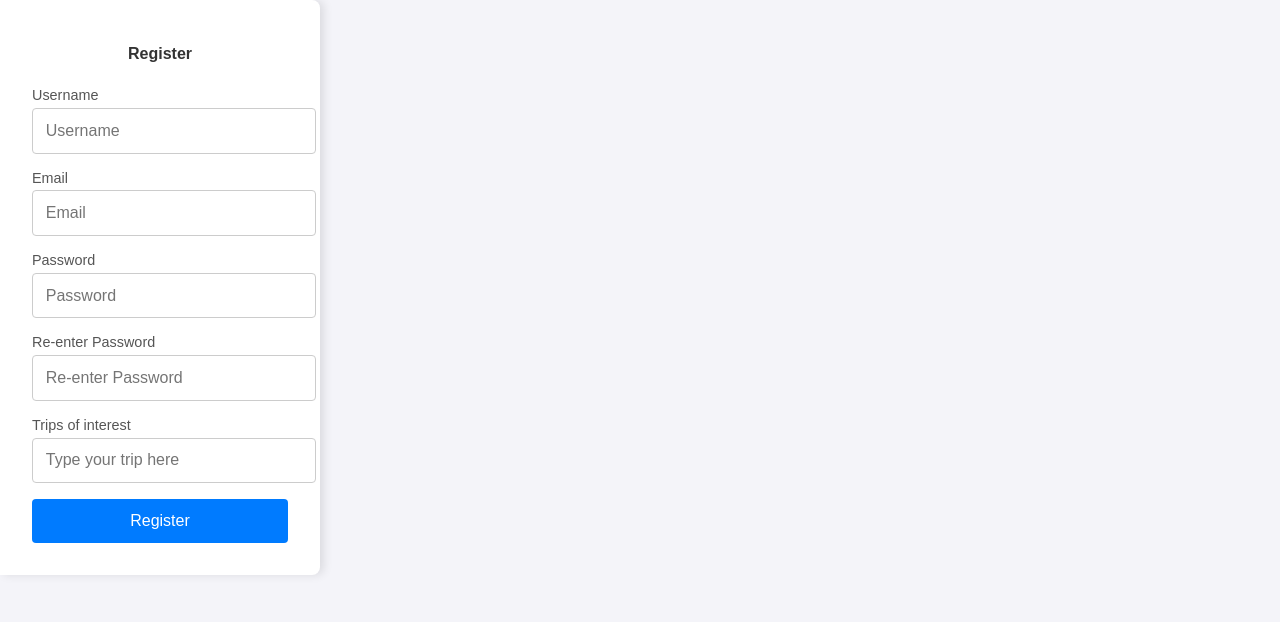
Repository: Nuttawut-Amattong/outtrip
Page: /register (app in OutTrip/)
These files come from the project's save history. The page is drawn as it stood at one moment and after a run of saves; the edit follows.
The browser window is 1280 px wide. The pictures show the whole page.
The project was rebuilt for these pictures with package versions that can differ from the ones it lists, and the page was loaded fresh each time. Also part of the build but not shown: OutTrip/vite.config.js, OutTrip/src/pages/Login.jsx, OutTrip/src/pages/Forgetpass.jsx.

Above is the page before, as saved 2025-05-19 00:51:20.

### OutTrip/src/main.jsx
import { StrictMode } from 'react';
import { createRoot } from 'react-dom/client';
import { BrowserRouter, Routes, Route } from 'react-router-dom';
import Login from './pages/Login.jsx';
import Register from './pages/Register.jsx';
import Forgetpass from './pages/Forgetpass.jsx';

createRoot(document.getElementById('root')).render(
  <StrictMode>
    <BrowserRouter>
      <Routes>
        <Route path="/" element={<Login />} />
        <Route path="/register" element={<Register />} />
        <Route path="/forgot-password" element={<Forgetpass />} />
      </Routes>
    </BrowserRouter>
  </StrictMode>
);

### OutTrip/src/pages/Register.jsx
import React, { useState } from 'react';
import '../CSS/register.css';
const Register = () => {
    const [formData, setFormData] = useState({
        username: '',
        email: '',
        password: '',
        rePassword: '',
        trip: ''
    });

    const [error, setError] = useState('');

    const handleChange = (e) => {
        const { name, value } = e.target;
        setFormData({
            ...formData,
            [name]: value,
        });
        setError('');
    };

    const handleSubmit = (e) => {
        e.preventDefault();

        if (formData.password !== formData.rePassword) {
            setError('Passwords do not match');
            return;
        }

        console.log('Registering user:', formData);

    };

    return (
        <div className="register-container">
            <h2>Register</h2>
            <form onSubmit={handleSubmit}>
                <div>
                    <label htmlFor="username">Username</label>
                    <input
                        type="text"
                        id="username"
                        name="username"
                        value={formData.username}
                        onChange={handleChange}
                        placeholder="Username"
                        required
                    />
                </div>
                <div>
                    <label htmlFor="email">Email</label>
                    <input
                        type="email"
                        id="email"
                        name="email"
                        value={formData.email}
                        onChange={handleChange}
                        placeholder="Email"
                        required
                    />
                </div>
                <div>
                    <label htmlFor="password">Password</label>
                    <input
                        type="password"
                        id="password"
                        name="password"
                        value={formData.password}
                        onChange={handleChange}
                        placeholder="Password"
                        required
                    />
                </div>
                <div>
                    <label htmlFor="rePassword">Re-enter Password</label>
                    <input
                        type="password"
                        id="rePassword"
                        name="rePassword"
                        placeholder="Re-enter Password"
                        value={formData.rePassword}
                        onChange={handleChange}
                        required
                    />
                </div>
                <div>
                    <label htmlFor="trip">Trips of interest</label>
                    <input
                        type="text"
                        id="trip"
                        name="trip"
                        value={formData.trip || ''}
                        onChange={(e) => setFormData({...formData, trip: e.target.value})}
                        placeholder="Type your trip here"
                        required
                    />
                </div>
                {error && <p style={{ color: 'red' }}>{error}</p>}  {/* แสดง error */}
                <button type="submit">Register</button>
            </form>
        </div>
    );
};

export default Register;

### OutTrip/src/CSS/login.css
body {
    font-family: Arial, sans-serif;
    margin: 0;
    padding: 0;
    background-color: #f4f4f9;
    display: block;
}

.login-container {
    background-color: #ffffff;
    padding: 2rem;
    border-radius: 0 8px 8px 0;
    box-shadow: 4px 0 10px rgba(0, 0, 0, 0.1);
    width: 100%;
    max-width: 320px;
    height: 100vh;
    box-sizing: border-box;
    position: fixed;
    left: 0;
    top: 0;
}

.login-container h1 {
    font-size: 1.8rem;
    margin-bottom: 1.5rem;
    color: #333333;
    text-align: center;
}

.login-container form {
    display: flex;
    flex-direction: column;
}

.login-container label {
    font-size: 0.9rem;
    margin-bottom: 0.5rem;
    color: #555555;
}

.login-container input[type="text"],
.login-container input[type="user"],
.login-container input[type="password"] {
    padding: 0.8rem;
    margin-bottom: 1rem;
    border: 1px solid #cccccc;
    border-radius: 4px;
    font-size: 1rem;
}

.login-container input[type="text"]:focus,
.login-container input[type="userl"]:focus,
.login-container input[type="password"]:focus {
    border-color: #007bff;
    outline: none;
}

.login-container button {
    padding: 0.8rem;
    background-color: #007bff;
    color: #ffffff;
    border: none;
    border-radius: 4px;
    font-size: 1rem;
    cursor: pointer;
    transition: background-color 0.3s ease;
}

.login-container button:hover {
    background-color: #0056b3;
}

.login-container .forgot-password {
    margin-top: 1rem;
    text-align: center;
}

.login-container .forgot-password a {
    color: #007bff;
    text-decoration: none;
    font-size: 0.9rem;
}

.login-container .forgot-password a:hover {
    text-decoration: underline;
}

.login-links {
    margin-top: 1rem;
    text-align: center;
    font-size: 0.85rem;
    color: #333333;
    display: flex;
    flex-direction: column;
    gap: 0.5rem;
}

.login-links a {
    color: inherit;
    text-decoration: none;
    cursor: pointer;
}

.login-links a:hover {
    text-decoration: underline;
}

### OutTrip/src/CSS/register.css
/* register.css */
body {
    font-family: Arial, sans-serif;
    margin: 0;
    padding: 0;
    background-color: #f4f4f9;
}

.register-container {
    background-color: #ffffff;
    padding: 2rem;
    border-radius: 0 8px 8px 0;
    box-shadow: 4px 0 10px rgba(0, 0, 0, 0.1);
    width: 100%;
    max-width: 320px;
    box-sizing: border-box;
    position: absolute;
    left: 0;
    top: 0;
}

.register-container h2 {
    font-size: 1rem;
    margin-bottom: 1.5rem;
    color: #333333;
    text-align: center;
}

.register-container form {
    display: flex;
    flex-direction: column;
}

.register-container label {
    font-size: 0.9rem;
    margin-bottom: 0.3rem;
    color: #555555;
    display: block;
}

.register-container input[type="text"],
.register-container input[type="email"],
.register-container input[type="password"] {
    padding: 0.8rem;
    margin-bottom: 1rem;
    border: 1px solid #cccccc;
    border-radius: 4px;
    font-size: 1rem;
    width: 100%;
}

.register-container input:focus {
    border-color: #007bff;
    outline: none;
}

.register-container button {
    padding: 0.8rem;
    background-color: #007bff;
    color: #ffffff;
    border: none;
    border-radius: 4px;
    font-size: 1rem;
    cursor: pointer;
    transition: background-color 0.3s ease;
}

.register-container button:hover {
    background-color: #0056b3;
}

.register-container p {
    font-size: 0.9rem;
    color: red;
    margin-top: -0.5rem;
    margin-bottom: 1rem;
}

### OutTrip/src/CSS/forgetpass.css
body {
    font-family: Arial, sans-serif;
    margin: 0;
    padding: 0;
    background-color: #f4f4f9;
    display: block;
}


.forgetpass-container {
    background-color: #ffffff;
    padding: 2rem;
    border-radius: 0 8px 8px 0;
    box-shadow: 4px 0 10px rgba(0, 0, 0, 0.1);
    width: 100%;
    max-width: 400px;
    height: 100vh;
    box-sizing: border-box;
    position: fixed;
    left: 0;
    top: 0;
}

.forgetpass-title {
    font-size: 1.5rem;
    font-weight: 600;
    color: #333;
    margin-bottom: 20px;
}

.forgetpass-form {
    width: 100%;
    display: flex;
    flex-direction: column;
}

.forgetpass-label {
    font-size: 0.9rem;
    color: #444;
    margin-bottom: 6px;
}

.forgetpass-input {
    padding: 10px;
    font-size: 1rem;
    border: 1px solid #ccc;
    border-radius: 5px;
    margin-bottom: 16px;
    outline: none;
    transition: border 0.2s;
}

.forgetpass-input:focus {
    border-color: #999;
}

.forgetpass-btn {
    background-color: #333;
    color: #fff;
    font-size: 1rem;
    font-weight: 500;
    border: none;
    border-radius: 5px;
    padding: 10px 0;
    cursor: pointer;
    transition: background-color 0.2s;
}

.forgetpass-btn:hover {
    background-color: #222;
}

.forgetpass-link {
    margin-top: 14px;
    font-size: 0.85rem;
    color: #666;
    text-align: center;
    text-decoration: none;
}

.forgetpass-link:hover {
    text-decoration: underline;
}

Loaded but not shown: OutTrip/index.html (common file)

After the next 5 saves:
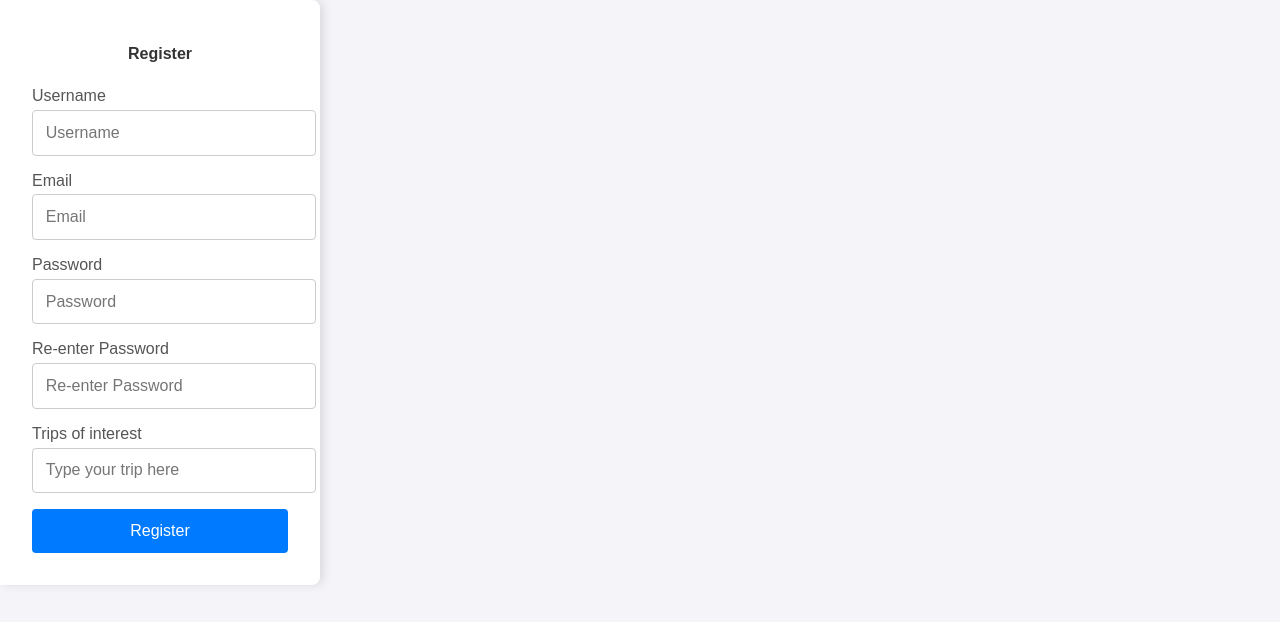
The 5 saves are shown as one change because they came seconds apart.
The last was saved 19 s later.
--- a/OutTrip/src/CSS/register.css
+++ b/OutTrip/src/CSS/register.css
@@ -28,11 +28,13 @@ body {
 
 .register-container form {
     display: flex;
+
     flex-direction: column;
 }
 
 .register-container label {
-    font-size: 0.9rem;
+    font-size: 1rem;
+
     margin-bottom: 0.3rem;
     color: #555555;
     display: block;
